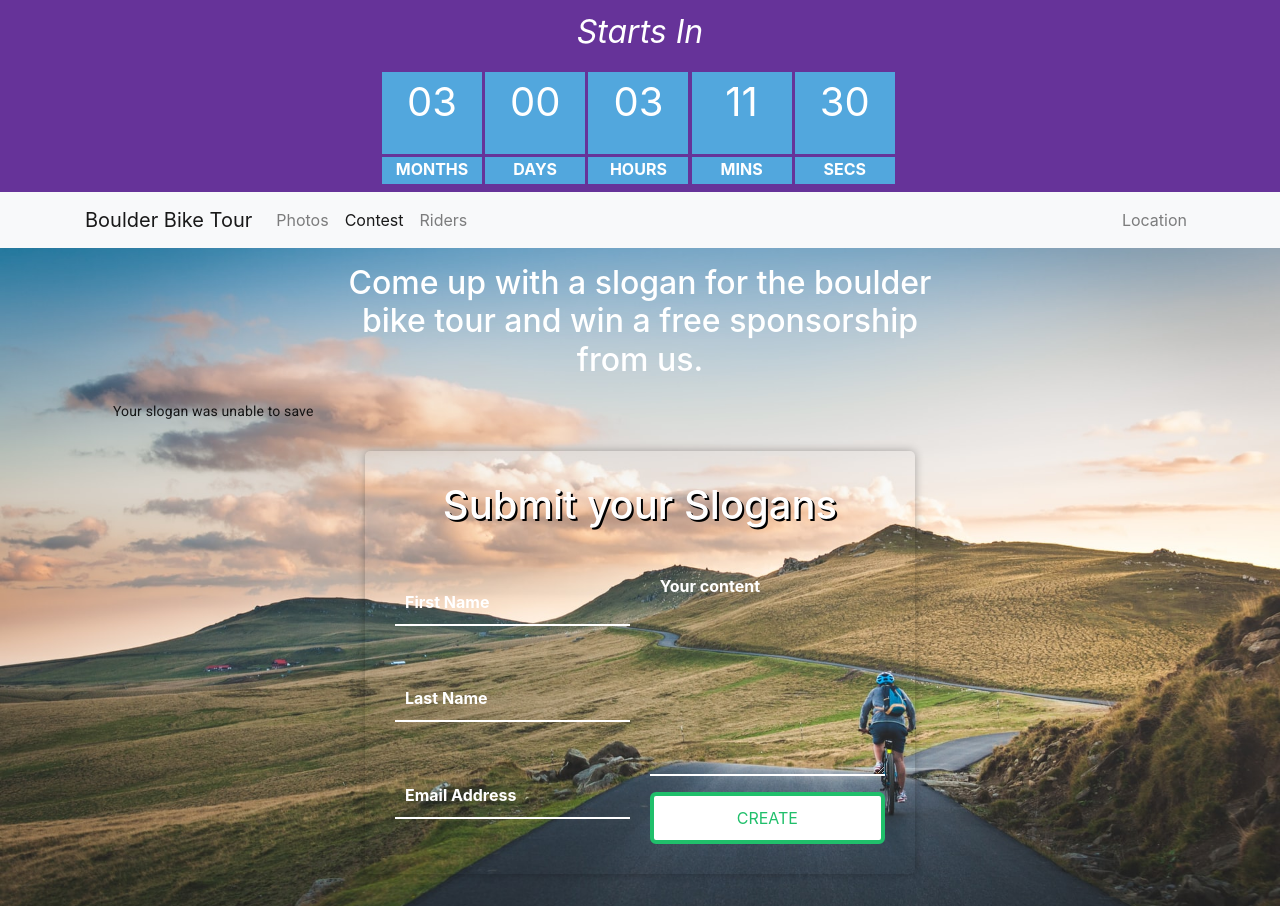
Repository: akinsikuoluwafemi/boulder_bike_tour_frontend
Page: /contest
These files come from the project's save history. The page is drawn as it stood at one moment and after a run of saves; the edit follows.
The browser window is 1280 px wide. The pictures show the whole page.
The page's requests for data from a server got no answer. Some web libraries are served in a nearby version. The project was rebuilt for these pictures with package versions that can differ from the ones it lists, and the page was loaded fresh each time. No one was signed in, and anything a server would have sent is missing. Also part of the build but not shown: src/components/Home/LatestNews.js, src/components/Home/Winners.js, src/components/Accordions/Accordions.js, src/components/Home/FooterContent.js, src/components/Home/Home.js, src/components/Location/mapStyles.js, src/components/Spinner/Spinner.scss, src/components/Spinner/Spinner.js and 5 more.

Above is the page before, as saved 2020-08-23 07:38:02.

### public/index.html
<!DOCTYPE html>
<html lang="en">
  <head>
    <meta charset="utf-8" />
    <link rel="icon" href="%PUBLIC_URL%/bike.jpg"/>
    <meta name="viewport" content="width=device-width, initial-scale=1" />
    <meta name="theme-color" content="#000000" />
    <meta
      name="description"
      content="Web site created using create-react-app"
    />
    <link rel="apple-touch-icon" href="%PUBLIC_URL%/logo192.png" />
    <!--
      manifest.json provides metadata used when your web app is installed on a
      user's mobile device or desktop. See https://developers.google.com/web/fundamentals/web-app-manifest/
    -->
    <link rel="manifest" href="%PUBLIC_URL%/manifest.json" />
    <link href="https://fonts.googleapis.com/css2?family=Poppins&display=swap" rel="stylesheet">
    <link rel="stylesheet" type="text/css" charset="UTF-8" href="https://cdnjs.cloudflare.com/ajax/libs/slick-carousel/1.6.0/slick.min.css" />
    <link rel="stylesheet" type="text/css" href="https://cdnjs.cloudflare.com/ajax/libs/slick-carousel/1.6.0/slick-theme.min.css" />
    <!--
      Notice the use of %PUBLIC_URL% in the tags above.
      It will be replaced with the URL of the `public` folder during the build.
      Only files inside the `public` folder can be referenced from the HTML.

      Unlike "/favicon.ico" or "favicon.ico", "%PUBLIC_URL%/favicon.ico" will
      work correctly both with client-side routing and a non-root public URL.
      Learn how to configure a non-root public URL by running `npm run build`.
    -->
    <link href="https://fonts.googleapis.com/css2?family=Anton&display=swap" rel="stylesheet">
    <link rel="stylesheet" href="https://stackpath.bootstrapcdn.com/bootstrap/4.4.1/css/bootstrap.min.css" integrity="sha384-Vkoo8x4CGsO3+Hhxv8T/Q5PaXtkKtu6ug5TOeNV6gBiFeWPGFN9MuhOf23Q9Ifjh"
      crossorigin="anonymous">
    <title>Boulder Bike Tour</title>
  </head>
  <body>
    <noscript>You need to enable JavaScript to run this app.</noscript>
    <div id="root"></div>
    <!--
      This HTML file is a template.
      If you open it directly in the browser, you will see an empty page.

      You can add webfonts, meta tags, or analytics to this file.
      The build step will place the bundled scripts into the <body> tag.

      To begin the development, run `npm start` or `yarn start`.
      To create a production bundle, use `npm run build` or `yarn build`.
    -->
    <script src="https://code.jquery.com/jquery-3.3.1.slim.min.js" integrity="sha384-q8i/X+965DzO0rT7abK41JStQIAqVgRVzpbzo5smXKp4YfRvH+8abtTE1Pi6jizo"
      crossorigin="anonymous">
      </script>
    <script src="https://cdnjs.cloudflare.com/ajax/libs/popper.js/1.14.7/umd/popper.min.js" integrity="sha384-UO2eT0CpHqdSJQ6hJty5KVphtPhzWj9WO1clHTMGa3JDZwrnQq4sF86dIHNDz0W1"
      crossorigin="anonymous">
      </script>
    <script src="https://stackpath.bootstrapcdn.com/bootstrap/4.3.1/js/bootstrap.min.js" integrity="sha384-JjSmVgyd0p3pXB1rRibZUAYoIIy6OrQ6VrjIEaFf/nJGzIxFDsf4x0xIM+B07jRM"
      crossorigin="anonymous">
      </script>
  </body>
</html>

### src/index.js
import React from 'react';
import ReactDOM from 'react-dom';
import './index.css';
import * as serviceWorker from './serviceWorker';
import Navigation from './components/Navigation';
import { RiderProvider } from './components/context';
import "slick-carousel/slick/slick.css";
import "slick-carousel/slick/slick-theme.css";

ReactDOM.render(
  <React.StrictMode>
    <RiderProvider>
      <Navigation />
    </RiderProvider>
  </React.StrictMode>,
  document.getElementById('root')
);

// If you want your app to work offline and load faster, you can change
// unregister() to register() below. Note this comes with some pitfalls.
// Learn more about service workers: https://bit.ly/CRA-PWA
serviceWorker.unregister();

### src/index.css
body {
  margin: 0;
  font-family: -apple-system, BlinkMacSystemFont, 'Segoe UI', 'Roboto', 'Oxygen',
    'Ubuntu', 'Cantarell', 'Fira Sans', 'Droid Sans', 'Helvetica Neue',
    sans-serif;
  -webkit-font-smoothing: antialiased;
  -moz-osx-font-smoothing: grayscale;
}

code {
  font-family: source-code-pro, Menlo, Monaco, Consolas, 'Courier New',
    monospace;
}

body {
  overflow-x: hidden;
}

### src/components/Navigation.js
import React from 'react';
import { BrowserRouter as Router, Route, Switch } from 'react-router-dom';
import Home from './Home/Home';
import Contest from './Contest/Contest';
import Location from './Location/Location';
import ImageList from './Photos/ImageList';
import Riders from './Riders/Riders';





export default function Navigation() {
    return (
        <Router>

            <Switch>
                <Route exact path="/" component={Home} />
                <Route exact path="/contest" component={Contest} />
                <Route exact path="/riders" component={Riders} />
                <Route exact path="/location" component={Location} />
                <Route exact path="/photos" component={ImageList} />
            </Switch>
        </Router>
    )
}

### src/components/context.js
import React, { Component } from 'react';

const RiderContext = React.createContext()


class RiderProvider extends Component
{
    state = {
        riders: [],
        loading: true




    }

    componentDidMount()
    {
        fetch('https://bike-boulder-tour.herokuapp.com/api/v1/riders')
            .then(response => response.json())
            .then(riders =>{
                this.setState({ riders: riders, loading: false })

            })
            .catch(error => console.log(error))

    }







    render(){




        return (
            <RiderContext.Provider value={{ ...this.state }}>
                {this.props.children}
            </RiderContext.Provider>
        )
    }
}

const RiderConsumer = RiderContext.Consumer

export { RiderProvider, RiderConsumer, RiderContext }

### src/components/Contest/Contest.js
import React, {useState, useContext} from "react";
import "./Contest.scss";
import { Link } from "react-router-dom";
import HeaderTime from "../HeaderTime/HeaderTime";
import Form from "./Form/Form";
// import Alert from '';
// import {AlertContext} from '../../'
import Alert from "@material-ui/lab/Alert";
import { AlertContext } from '../AlertContext';

const Contest = () => {

    const [alert, setAlert] = useState("");


    return (
      <div>
        <HeaderTime />

        <nav class="navbar navbar-expand-sm sticky-top navbar-light bg-light">
          <div class="container">
            <Link to="/" class="navbar-brand">
              Boulder Bike Tour
            </Link>
            <button
              class="navbar-toggler navbar-toggler-right"
              type="button"
              data-toggle="collapse"
              data-target="#navbar1"
            >
              <span class="navbar-toggler-icon"></span>
            </button>
            <div class="collapse navbar-collapse" id="navbar1">
              <ul class="navbar-nav">
                <li class="nav-item">
                  <Link to="/photos" class="nav-link">
                    Photos
                  </Link>
                </li>
                <li class="nav-item active">
                  <Link to="/contest" class="nav-link">
                    Contest
                  </Link>
                </li>
                <li class="nav-item">
                  <Link to="/riders" class="nav-link">
                    Riders
                  </Link>
                </li>
              </ul>
              <ul class="navbar-nav ml-auto">
                <li class="nav-item ">
                  <Link to="/location" class="nav-link">
                    Location
                  </Link>
                </li>
              </ul>
            </div>
          </div>
        </nav>

        {/*  */}

        <div className="bg-contest">
          <div className="container py-3">
            <h2 className="text-center contest-heading-text text-white">
              Come up with a slogan for the boulder bike tour and win a free
              sponsorship from us.
            </h2>
            <AlertContext.Provider value={{ alert, setAlert }}>
              {/* <Alert severity={severity}>{alertText}</Alert> */}
              <Alert severity={alert}>
                {alert === 'sucess' ? 'Your slogan was successfully saved': 'Your slogan was unable to save' }
              </Alert>

              <div className="px-3 py-3 form-center">
                <Form />
              </div>
            </AlertContext.Provider>
          </div>
        </div>

        {/*  */}
      </div>
    );
};

export default Contest;

### src/components/Home/Home.scss
.header-hero {
    display: grid;
    grid-template-columns: repeat(auto-fit,minmax(400px, 1fr));
    height: 75vh;
    background: #52A7DD;
    // grid-gap: .2rem;
    background-image: url('../../images/image6.jpg');
    background-size: cover;
    background-repeat: no-repeat;
    background-position: top;
}

.heading-img {

}

.heading-text {
    // padding: 3rem;
    margin: auto;

}


.btn-hero {
    display: flex;
    justify-content: space-between;
    padding: .5rem;
    align-items: center;
    cursor: pointer;
    border-radius: 0.3rem;
    transition: all .5s ease-in-out;
}

.btn-hero:hover {
    box-shadow: 0 1px 3px 0 rgba(0, 0, 0, 0.1), 0 1px 2px 0 rgba(0, 0, 0, 0.06);
    background: #222;

}

.btn-text {
    font-weight: bold;
}
.card-width{
    width: 20rem!important;
}



// slick slider start

.slide-container {
      display: grid;
    grid-gap: 1rem;
    grid-template-columns: repeat(auto-fit, minmax(220px, 1fr));

    grid-gap: .8rem;

}

.figure-container {
}

.figure-container:focus {
    outline: none;
}

.fig-image {
    background-image: url('../../images/image2.jpg');
    background-size: cover;
    background-position: center;
    background-repeat: no-repeat;
    height: 10rem;
    transition: all .5s ease-in-out;
    overflow: auto;

    cursor: pointer;
}

.youth-biking-image {
    background-image: url('../../images/youthbiking.jpg');
    background-size: cover;
    background-position: center;
    background-repeat: no-repeat;
    height: 10rem;
    transition: all .5s ease-in-out;
    overflow: auto;

    cursor: pointer;
}

.mascot {
    background-image: url('../../images/mascots.jpg');
    background-size: cover;
    background-position: center;
    background-repeat: no-repeat;
    height: 10rem;
    transition: all .5s ease-in-out;
    overflow: auto;

    cursor: pointer;
}

.olympic {
    background-image: url('../../images/olympic.jpg');
    background-size: cover;
    background-position: center;
    background-repeat: no-repeat;
    height: 10rem;
    transition: all .5s ease-in-out;
    overflow: auto;
    cursor: pointer;
}


.wis {
    background-image: url('../../images/wis.jpg');
    background-size: cover;
    background-position: center;
    background-repeat: no-repeat;
    height: 10rem;
    transition: all .5s ease-in-out;
    overflow: auto;
    cursor: pointer;
}

.sfj {
    background-image: url('../../images/sfj.jpg');
    background-size: cover;
    background-position: center;
    background-repeat: no-repeat;
    height: 10rem;
    transition: all .5s ease-in-out;
    overflow: auto;
    // -webkit-filter: grayscale(100%); /* Safari 6.0 - 9.0 */
    // filter: grayscale(100%);
    cursor: pointer;
}




.fig-image:hover {
    // filter: grayscale(0%);
}



.tag {
    // background: #52A7DD;
    padding: .3rem;
    display: inline;
    font-family: 'Poppins', sans-serif;
    text-shadow: 0px 4px 3px rgba(0,0,0,0.4),
             0px 8px 13px rgba(0,0,0,0.1),
             0px 18px 23px rgba(0,0,0,0.1);

}





.figure-caption {
    // background: #52A7DD;
    padding: .5rem;
}



.caption-text {
    transition: all .2s ease-in;
    cursor: pointer;

color: rgba(0,0,0,0.6);
text-shadow: 2px 8px 6px rgba(0,0,0,0.2),
                 0px -5px 35px rgba(255,255,255,0.3);
}

.caption-text:hover {
    color: #52A7DD
}

button.slick-arrow {
    background: #777;
    // fill: #115C8D;
    border-radius: 50%;
}

.slick-prev:hover,.slick-prev:focus,.slick-next:hover,.slick-next:focus {
    background: #777;

}

.slick-prev:hover,.slick-prev:focus,.slick-next:hover,.slick-next:focus {

    color: transparent!important;
    outline: none!important;
    background: #777!important;

}


@media(min-width: 768px){
    .show-big {
        display: block;
        // background: pink!important;
    }
     .show-small {
        display: none;
    }
}

@media(max-width: 767px){
    .show-big {
        display: none;
    }
    .show-small {
        display: block;
    }
}

// slick slider end



// past winners start

.profile-card-5{
    margin-top:20px;
}
.profile-card-5 .btn{
    border-radius:2px;
    text-transform:uppercase;
    font-size:12px;
    padding:7px 20px;
}
.profile-card-5 .card-img-block {
    width: 91%;
    margin: 0 auto;
    position: relative;
    top: -20px;

}
.profile-card-5 .card-img-block img{
    border-radius:5px;
    box-shadow:0 0 10px rgba(0,0,0,0.63);
}
.profile-card-5 h5{
    color:#52A7DD;
    font-weight:600;
}
.profile-card-5 p{
    font-size:16px;
    font-weight:500;

}
.profile-card-5 .btn-primary{
    background-color:#52A7DD;
    border-color:#52A7DD;
    font-weight: 600;
}


// past winners end


.winners-container {
     display: grid;
    // grid-template-rows: repeat(2,1fr);
    grid-gap: 1rem;
    grid-template-columns: repeat(auto-fit, minmax(220px, 1fr));
    // justify-content: center;
    // background: palegoldenrod;
    // height: 16rem;
    grid-gap: .8rem;
}

.footer-container {
    padding: 3rem 0rem;
    display: grid;
    // grid-template-rows: repeat(2,1fr);
    grid-gap: 1rem;
    grid-template-columns: repeat(auto-fit, minmax(210px, 1fr));
    justify-content: center;
    // background: palegoldenrod;
    // height: 16rem;
    // align-items: center;
    grid-gap: .8rem;
}

.footer-heading-text {
    font-weight: 700;
    text-transform: uppercase;
    font-size: .9rem;
}

.footer-list {
    margin: 0;
    padding: 0;
}

.footer-list-item {
    list-style-type: none;
    text-transform: uppercase;
    font-size: .75rem;
    color: #777;
    font-weight: 600;
}

.hero-intro-text {

background-color: #666666;
    -webkit-background-clip: text;
    -moz-background-clip: text;
    background-clip: text;
    font-weight: 600;
    text-shadow: rgba(255,255,255,0.5) 0px 3px 3px;
}

.bg-purple {
    background: #663399;
}



// @media(max-width: 320px){
//     .header-hero {
//         justify-content: center;
//         align-items: center;

//     }
// }

@media(max-width: 425px){
     .header-hero {
        justify-content: center;
        align-items: center;

    }

    .bg-purple {
        background: transparent!important;
    }


}


body {
  overflow-x: hidden;
}

### src/components/HeaderTime/HeaderTime.js
import React from 'react'
import './HeaderTime.scss'
import CountDown from './CountDown'



function HeaderTime () {
    return (
        <CountDown futureDate="2020-11-23T09:33:32.212Z" />
    )
}

export default HeaderTime

### src/components/Contest/Contest.scss
.form-center {
    display: flex;
    justify-content: center;
    align-items: center;
}

.contest-heading-text {
    padding: 0 15rem;

}

@media(max-width: 1025px){
    .contest-heading-text {
        padding: 0 0rem;

    }

}

.bg-contest {
    background-image: url('../../images/contest-hero.jpg');
    background-size: cover;
    background-repeat: no-repeat;
    background-position: center;
}

### src/components/AlertContext.js
import { createContext } from 'react';

export const AlertContext = createContext();

### src/components/Photos/Photos.scss
.image-list {
    display: grid;
    grid-template-columns: repeat(auto-fill, minmax(250px, 1fr));
    grid-gap: 1px 10px;
    grid-auto-rows: 10px;
    justify-content: center;
    align-items: center;

}

.image-list img {
    width: 250px;
    grid-row-end: span 2;
}

.image-container {
    position: relative
}


.tags {
    z-index: 2;
    position: absolute;
  top: 50%; right: 50%;
  transform: translate(50%,-50%);
    background: transparent;

}

.photo-hero-container {
    display: flex;
    justify-content: center;
    align-items: center;
    height: 70vh;

}

.bg-hero-photo {
      background-image: url('../../images/picture-hero.jpg');
    background-position: center;
    background-size: cover;
    background-repeat: repeat;
}

.photo-hero-text {
    // font-size: 2rem;
    text-align: center;
    font-weight: 500;
    font-family: 'Anton', sans-serif;
}




// button start

.example_d {
cursor: pointer;
color: #20bf6b !important;
text-transform: uppercase;
background: #ffffff;
padding: 10px 20px;
border: 4px solid #20bf6b !important;
border-radius: 6px;
display: inline-block;
transition: all 0.3s ease 0s;
z-index: 500;
}

.example_d:hover {
color: #494949 !important;
border-radius: 50px;
border-color: #494949 !important;
transition: all 0.3s ease 0s;
}

// button end

### src/components/HeaderTime/HeaderTime.scss
.timer-container {
    background: rebeccapurple;
    height: 12rem;
    display: flex;
    flex-direction: column;
    justify-content: center;
    align-items: center;
    color: white;
}

.timer-content {
    text-align: center;
    display: flex;
}
.timer-content > *:not(last-child) {
    margin-right: .2rem;
}

.timer-box {
    height: 7rem;
    display: grid;
    grid-template-columns: repeat(auto-fill,minmax(100px, 1fr));
    grid-template-rows: 3fr 1fr;
    grid-gap: .2rem;

}

.timer-num {
    font-size: 2.5rem;
    grid-row: 1/2;
    background: #52A7DD;
}
.starts {
    font-size: 2rem;
    font-style: italic;
}
.days {
    grid-row: 2/-1;
    font-weight: bold;
    background: #52A7DD;
}

.mobile-countdown {
    background: #52A7DD;
    padding: .3rem 1rem;
}


@media(max-width: 575px){
    .timer-content {
        display: none;
    }
    .timer-container {
        height: 16rem;
        // margin-bottom: 2rem;
    }
}




.time-small-container {
    text-align: center;
    display: none;

}

@media(max-width: 575px){
    .time-small-container {
        display: block;
    }
}

.time-small-container > * {
    margin-bottom: .1rem;
}

### src/components/Contest/Form/Form.scss
@import url('https://fonts.googleapis.com/css?family=Roboto');


.wrapper{


  width: 100%;
  max-width: 550px;
  // background: rgba(0,0,0,0.8);
  padding: 30px;
  border-radius: 5px;
  box-shadow: 0 0 10px rgba(0,0,0,0.3);
}

.wrapper .title h1{
  color: #fff;
  text-align: center;
  margin-bottom: 25px;
  text-shadow: 2px 2px #000;
}

.contact-form{
  display: flex;
}

.input-fields{
  display: flex;
  flex-direction: column;
  margin-right: 4%;
  justify-content: space-around;
}

.input-fields,
.msg{
  width: 48%;
}

.input-fields .input,
.msg textarea{
  margin: 10px 0;
  background: transparent;
  border: 0px;
  border-bottom: 2px solid #fff;
  padding: 10px;
  color: #fff;
  width: 100%;
  outline: none;
  font-weight: bold;
}

.msg textarea{
  height: 212px;
}

::-webkit-input-placeholder {
  /* Chrome/Opera/Safari */
  color: #fff;
}
::-moz-placeholder {
  /* Firefox 19+ */
  color: #fff;
}
:-ms-input-placeholder {
  /* IE 10+ */
  color: #c5ecfd;
}



@media screen and (max-width: 600px){
  .contact-form{
    flex-direction: column;
  }
  .msg textarea{
    height: 80px;
  }
  .input-fields,
  .msg{
    width: 100%;
  }
}

### src/components/Accordions/Accordions.scss
/* The Magic */
ul {
    margin: 0;
    padding: 0;
}


.accordion:hover .accordion-item:hover .accordion-item-content,
.accordion .accordion-item--default .accordion-item-content {
    height: 6rem;

}

.accordion-item-content,
.accordion:hover .accordion-item-content {
    height: 0;
    overflow-y: scroll;
    transition: height .25s;
    color: #444;
    padding-left: .5rem;
    font-size: .9rem;
}

.accordion-item-content li {
    padding-bottom: .5rem;
}


/* Aesthetic */


.accordion {
    padding: 0;
    margin: 0 auto;
    // width: 90vw;
    // font-family: "PT Sans" sans-serif;
}

.accordion .accordion-item {
//   background-image: linear-gradient(90deg, #eee, #f5f5f5, #eee);
  border-bottom: .1px solid #222;
  padding: .8rem;
  color: #777;
  cursor: pointer;
}

.accordion-item-content {
//   background-image: linear-gradient(90deg, #eee, #f5f5f5, #eee);

}

.accordion p {
  margin: 0;
  color: #bbb;
}




.accordion .accordion-item:nth-child(odd) {
     -webkit-border-radius: .2rem;
            border-radius: .2rem;
    -webkit-box-shadow: 0 0 10px rgba(0, 0, 0, 0.4);
       -moz-box-shadow: 0 0 10px rgba(0, 0, 0, 0.4);
            box-shadow: 0 0 10px rgba(0, 0, 0, 0.4);
    z-index: -1;
}


.accordion .accordion-item:nth-child(odd) {
//   background-color: hsl(280, 60%, 45%);
//   background-image: linear-gradient(-90deg, hsl(280, 80%, 60%), hsl(280, 60%, 45%) 2em, hsl(280, 80%, 60%));
}

.accordion .accordion-item:nth-child(3) {
//   background-color: hsl(40, 80%, 40%);
//   background-image: linear-gradient(-90deg, hsl(40, 80%, 60%), hsl(40, 80%, 45%) 2em, hsl(40, 80%, 60%));
}

.accordion .accordion-item:nth-child(4) {
//   background-color: hsl(80, 40%, 40%);
//   background-image: linear-gradient(-90deg, hsl(80, 80%, 40%), hsl(80, 80%, 35%) 2em, hsl(80, 80%, 40%));
}

Loaded but not shown: src/serviceWorker.js (common file); src/components/Contest/Form/Form.js (148 lines, source omitted); src/components/HeaderTime/CountDown.js (101 lines, source omitted); src/components/Location/Location.scss (no stored copy; drawn as an empty file)

After the next 2 saves:
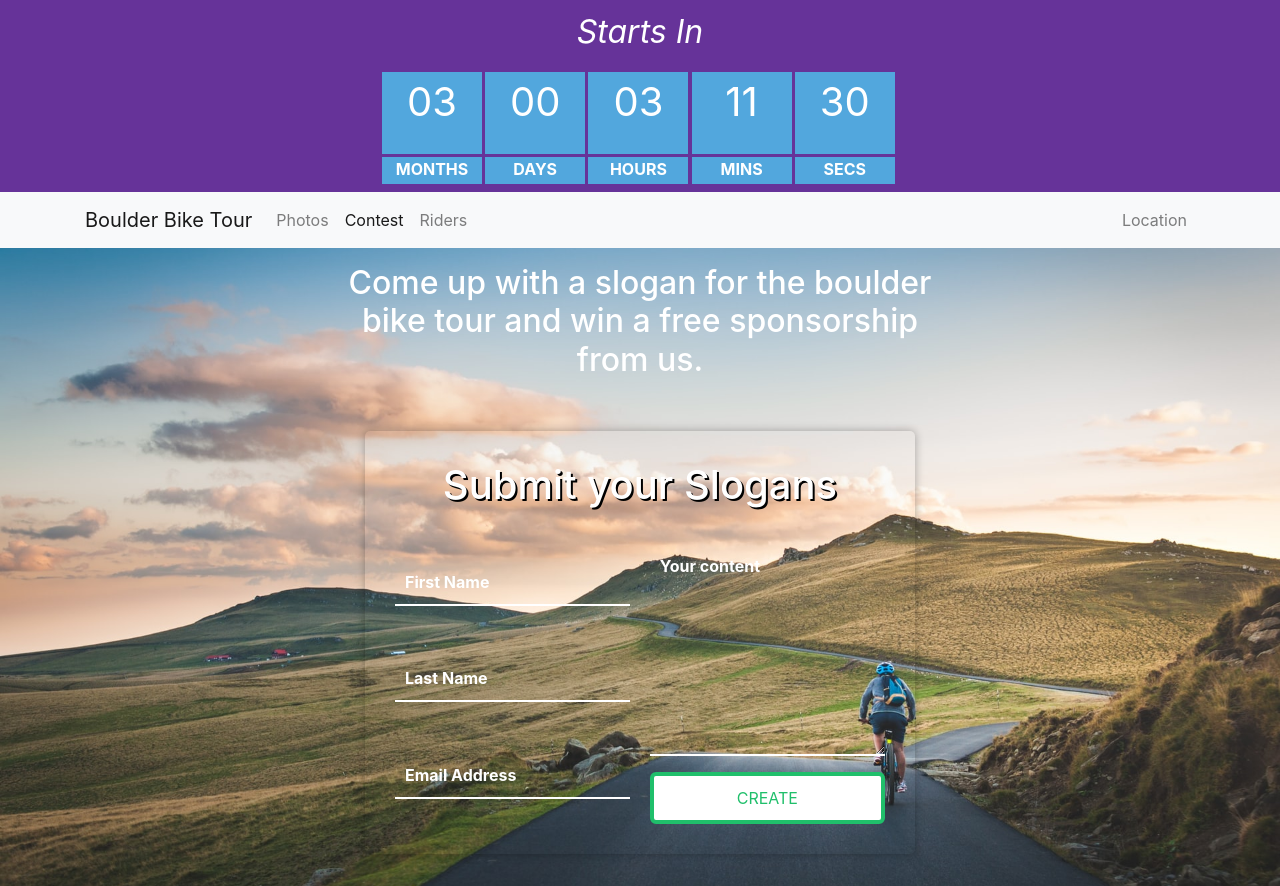
The 2 saves are shown as one change because they came seconds apart.
The last was saved 35 s later.
--- a/src/components/Contest/Contest.js
+++ b/src/components/Contest/Contest.js
@@ -70,7 +70,8 @@ const Contest = () => {
             <AlertContext.Provider value={{ alert, setAlert }}>
               {/* <Alert severity={severity}>{alertText}</Alert> */}
               <Alert severity={alert}>
-                {alert === 'sucess' ? 'Your slogan was successfully saved': 'Your slogan was unable to save' }
+                {/* {alert === 'sucess' ? 'Your slogan was successfully saved': 'Your slogan was unable to save' } */}
+
               </Alert>
 
               <div className="px-3 py-3 form-center">
